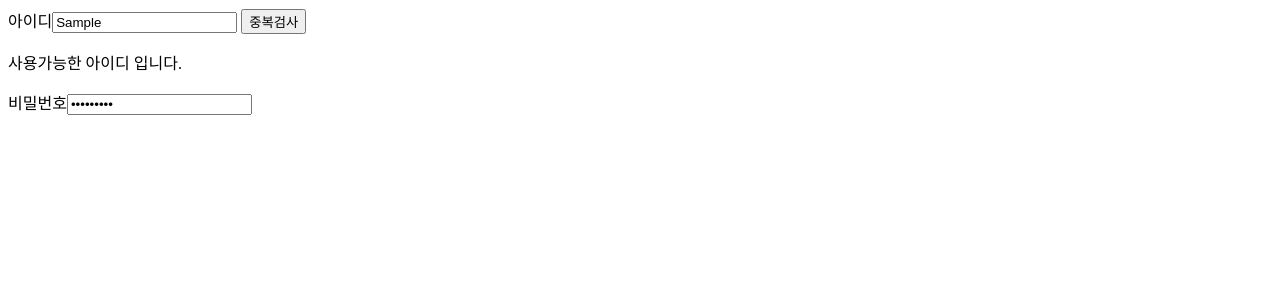
Repository: zoselakt/My_practice_JSP
Page: http://localhost/day07/join.jsp
These files come from the project's save history. The page is drawn as it stood at one moment and after the next save; the edit follows.
The browser window is 1280 px wide. The pictures show the whole page.
Empty fields were first filled with sample values (such as "Sample", 5 or name@example.com).
After loading, the first visible `input[onclick="checkId()"]` was clicked once.
The page is served by Tomcat 9.

Above is the page before, as saved 2022-02-28 13:25:04.

After the next save:
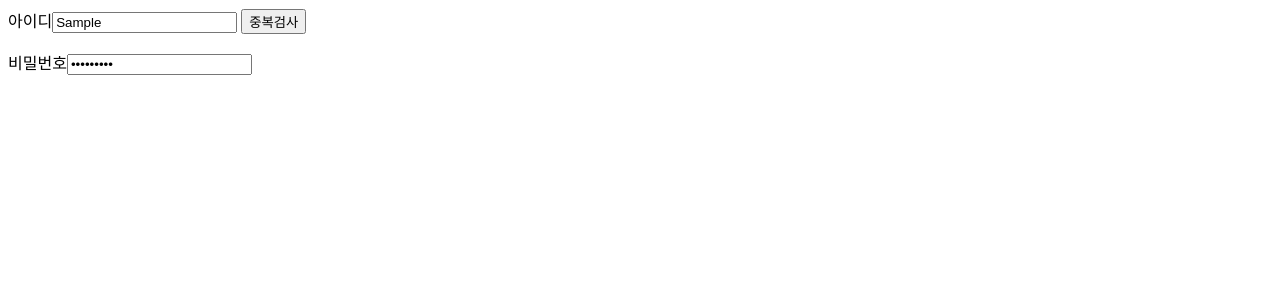
Console error: ReferenceError: result is not defined
Saved 23 s later.
--- a/day07/WebContent/join.jsp
+++ b/day07/WebContent/join.jsp
@@ -27,7 +27,7 @@
 
 			xhr.onreadystatechange = function(){
 				if(xhr.readyState == XMLHttpRequest.DONE && xhr.status == 200){
-					if(xhr.responseText.trim() == '성공'){
+					if(result == '성공'){
 						p.innerHTML = "사용가능한 아이디 입니다.";
 					}else{
 						p.innerHTML = "중복된 아이디입니다.";

After the 2 saves that followed:
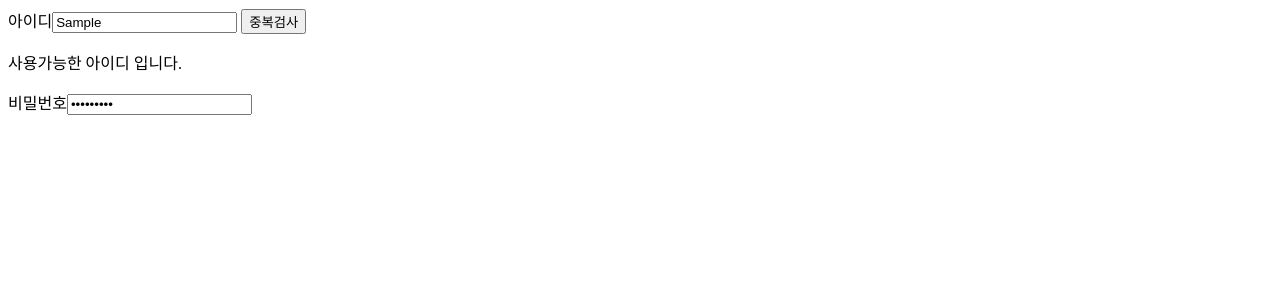
The error is gone.
The 2 saves are shown as one change because they came seconds apart.
The last was saved 21 s later.
--- a/day07/WebContent/join.jsp
+++ b/day07/WebContent/join.jsp
@@ -27,6 +27,7 @@
 
 			xhr.onreadystatechange = function(){
 				if(xhr.readyState == XMLHttpRequest.DONE && xhr.status == 200){
+					var result = xhr.responseText.trim();
 					if(result == '성공'){
 						p.innerHTML = "사용가능한 아이디 입니다.";
 					}else{
